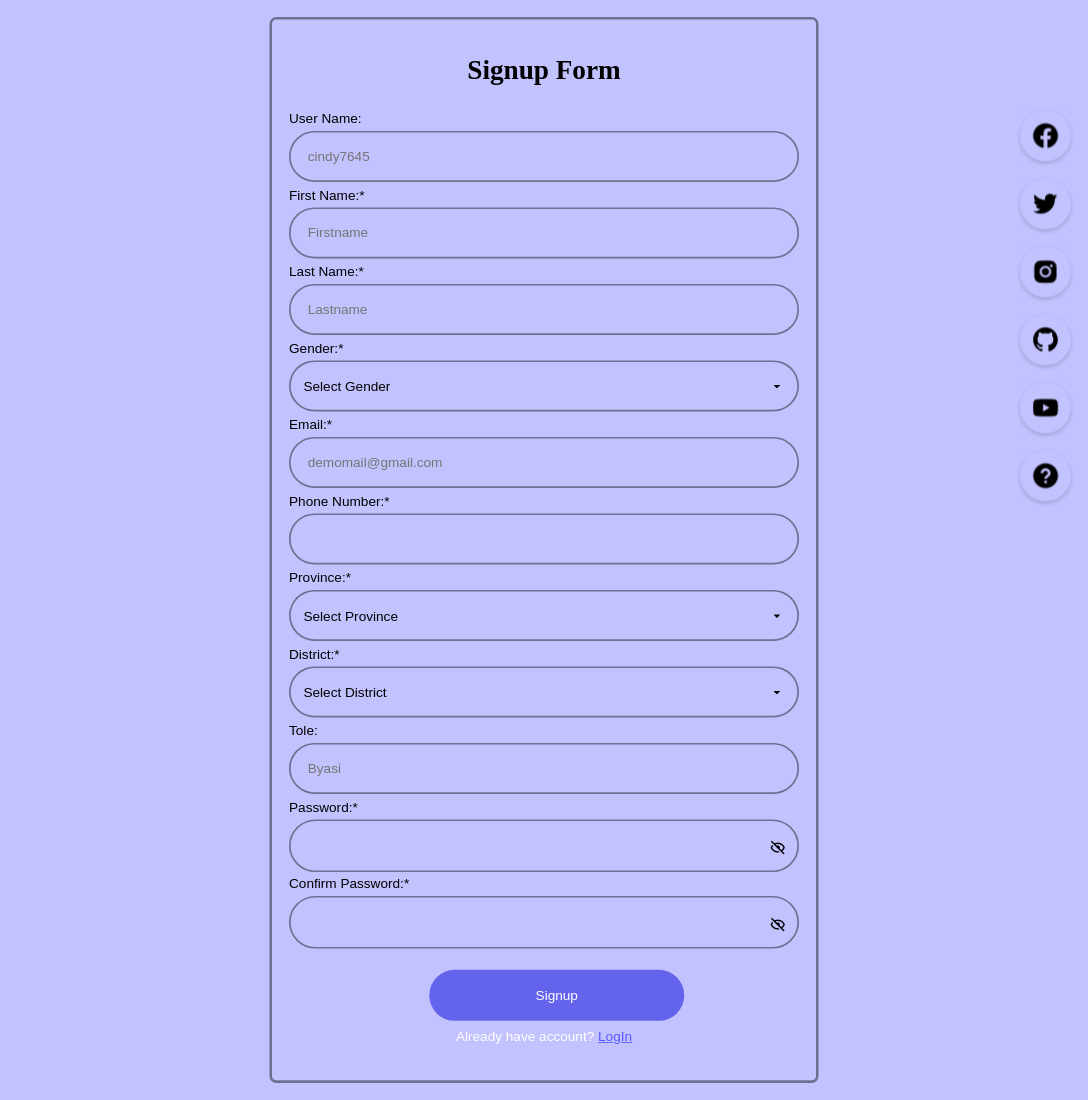
Repository: cindrellakoju/Animestore
Page: html css/signup.html
The author's editor kept a copy of each file at every save. The page is drawn from the files as they stood at one save, then again after the next save.
The browser window is 1280 px wide. The pictures show the whole page, at 85% of full size.

Above is the page before, as saved 2024-04-07 01:37:06.

### html css/signup.html
<!DOCTYPE html>
<html lang="en">
<head>
  <meta charset="UTF-8">
  <meta name="viewport" content="width=device-width, initial-scale=1.0">
  <title>Signup Page</title>
  <link href='https://unpkg.com/boxicons@2.1.4/css/boxicons.min.css' rel='stylesheet'>
  <link rel="stylesheet" href="signup.css">
</head>
<body>
  <div class="container">
    <h1>Signup Form</h1>
    <form>
      <div class="signupform">
        <label for="username">User Name:</label>
        <input type="text" id="username" name="username" placeholder="cindy7645">
      </div>
      <div class="signupform">
        <label for="firstname">First Name:<span class="required">*</span></label>
        <input type="text" id="firstname" name="firstname" placeholder="Firstname">
      </div>
      <div class="signupform">
        <label for="lastname">Last Name:<span class="required">*</span></label>
        <input type="text" id="lastname" name="lastname" placeholder="Lastname" required>
      </div>
      <div class="signupform">
        <label for="gender">Gender:<span class="required">*</span></label>
        <div class="custom-select">
            <select id="gender" name="gender" required>
                <option value="">Select Gender</option>
                <option value="male">Male</option>
                <option value="female">Female</option>
                <option value="other">Other</option>
            </select>
        </div>
    </div>

      <div class="signupform">
        <label for="email">Email:<span class="required">*</span></label>
        <input type="email" id="email" name="email" placeholder="demomail@gmail.com" required>
      </div>
      <div class="signupform">
        <label for="phone">Phone Number:<span class="required">*</span></label>
        <input type="text" id="phone" name="phone" required>
      </div>
      <div class="signupform">
        <label for="province">Province:<span class="required">*</span></label>
        <div class="custom-select">
          <select id="province" name="province" onchange="populateDistricts()" required>
            <option value="">Select Province</option>
            <option value="1">Province 1</option>
            <option value="2">Province 2</option>
            <option value="3">Bagmati Province</option>
            <option value="4">Gandaki Province</option>
            <option value="5">Lumbini Province</option>
            <option value="6">Karnali Province</option>
            <option value="7">Sudurpashchim Province</option>
          </select>
        </div>
      </div>
      <div class="signupform">
        <label for="district">District:<span class="required">*</span></label>
        <div class="custom-select">
            <select id="district" name="district" required>
                <option value="">Select District</option>
            </select>
        </div>
      </div>

      <div class="signupform">
        <label for="tole">Tole:</label>
        <input type="text" id="tole" name="tole" placeholder="Byasi" required>
      </div>
      <div class="signupform">
        <label for="password">Password:<span class="required">*</span></label>
        <div class="password-input-container">
            <input type="password" spellcheck="false" id="password" name="password" required>
            <i class='bx bx-hide toggle' id="passwordToggle"></i>
        </div>
    </div>

    <div class="signupform">
        <label for="confirmpassword">Confirm Password:<span class="required">*</span></label>
        <div class="password-input-container">
            <input type="password" spellcheck="false" id="confirmpassword" name="confirmpassword" required>
            <i class='bx bx-hide toggle' id="confirmPasswordToggle"></i>
        </div>
    </div>

      <div class="signupform">
        <button type="submit">Signup</button>
      </div>
    <h4>Already have account?  <a href="login.html">LogIn</a></h4>
    </form>
  </div>

  <!-- Vertical Icon Box -->
  <div class="iconbox">
    <div class="icon-facebook">
      <div class="tooltip">Facebook</div>
      <span><i class='bx bxl-facebook-circle'></i></span>
    </div>
    <div class="icon-twitter">
      <div class="tooltip">Twitter</div>
      <span><i class='bx bxl-twitter'></i></span>
    </div>
    <div class="icon-instagram">
      <div class="tooltip">Instagram</div>
      <span><i class='bx bxl-instagram-alt'></i></span>
    </div>
    <div class="icon-github">
      <div class="tooltip">Github</div>
      <span><i class='bx bxl-github'></i></span>
    </div>
    <div class="icon-youtube">
      <div class="tooltip">Youtube</div>
      <span><i class='bx bxl-youtube' ></i></span>
    </div>
    <div class="icon-help">
      <div class="tooltip">Help</div>
      <span><i class='bx bxs-help-circle' ></i></span>
    </div>
  </div>

  <script>
    function populateDistricts() {
      var provinceSelect = document.getElementById("province");
      var districtSelect = document.getElementById("district");

      // Clear existing options
      districtSelect.innerHTML = "";

      // Add default option
      var defaultOption = document.createElement("option");
      defaultOption.text = "Select District";
      districtSelect.add(defaultOption);

      // Get selected province
      var selectedProvince = provinceSelect.value;

      // Add districts based on selected province
      switch (selectedProvince) {
        case "1":
          addDistrict("Bhojpur");
          addDistrict("Dhankuta");
          addDistrict("Ilam");
          addDistrict("Jhapa");
          addDistrict("Khotang");
          break;
        case "2":
          addDistrict("Saptari");
          addDistrict("Siraha");
          addDistrict("Dhanusha");
          addDistrict("Mahottari");
          addDistrict("Sarlahi");
          break;
        case "3":
          addDistrict("Kathmandu");
          addDistrict("Lalitpur");
          addDistrict("Bhaktapur");
          addDistrict("Kavrepalanchok");
          addDistrict("Nuwakot");
          break;
        case "4":
          addDistrict("Gorkha");
          addDistrict("Lamjung");
          addDistrict("Tanahun");
          addDistrict("Manang");
          addDistrict("Mustang");
          break;
        case "5":
          addDistrict("Rupandehi");
          addDistrict("Kapilvastu");
          addDistrict("Nawalparasi");
          addDistrict("Arghakhanchi");
          addDistrict("Gulmi");
          break;
        case "6":
          addDistrict("Jumla");
          addDistrict("Kalikot");
          addDistrict("Surkhet");
          addDistrict("Dailekh");
          addDistrict("Jajarkot");
          break;
        case "7":
          addDistrict("Kailali");
          addDistrict("Kanchanpur");
          addDistrict("Dadeldhura");
          addDistrict("Darchula");
          addDistrict("Baitadi");
          break;
        default:
          break;
      }
    }

    function addDistrict(districtName) {
      var districtSelect = document.getElementById("district");
      var option = document.createElement("option");
      option.text = districtName;
      districtSelect.add(option);
    }

    document.addEventListener("DOMContentLoaded", function() {
    const passwordToggle = document.getElementById("passwordToggle");
    const confirmPasswordToggle = document.getElementById("confirmPasswordToggle");
    const passwordInput = document.getElementById("password");
    const confirmPasswordInput = document.getElementById("confirmpassword");

    passwordToggle.addEventListener("click", () => {
        if (passwordInput.type === "password") {
            passwordInput.type = "text";
            passwordToggle.classList.replace("bx-hide", "bx-show");
        } else {
            passwordInput.type = "password";
            passwordToggle.classList.replace("bx-show", "bx-hide");
        }
    });

    confirmPasswordToggle.addEventListener("click", () => {
        if (confirmPasswordInput.type === "password") {
            confirmPasswordInput.type = "text";
            confirmPasswordToggle.classList.replace("bx-hide", "bx-show");
        } else {
            confirmPasswordInput.type = "password";
            confirmPasswordToggle.classList.replace("bx-show", "bx-hide");
        }
      });
    });


  </script>
</body>
</html>

### html css/signup.css
/* General Styles */
body {
    font-family: Arial, sans-serif;
    margin: 0;
    padding: 20px;
    /* background-color: #f4f4f4; */
    min-height: 100vh;
    background-color: rgb(194, 194, 255);
  }

  .container {
    max-width: 600px;
    margin: 0 auto;
    /* background: #fff; */
    padding: 20px;
    border-radius: 8px;
    /* box-shadow: 0 2px 5px rgba(0, 0, 0, 0.1); */
    border: 3px solid rgba(0, 0, 0, 0.422) ;
  }

  h1 {
    font-size: 36;
    text-align: center;
    font-family: 'Times New Roman', Times, serif;
  }

  .signupform {
  position: relative;
  width: 100%;
  height: 60px;
  margin: 30px 0;
  justify-content: center;
  }

  label {
    display: block;
    margin-bottom: 5px;
    position: relative;
  }
  .label-text {
      display: inline-block;
  }

  .label-text .required {
  color: red;
  font-weight: bold;
  margin-left: 5px;
  }

  input[type="text"],
  input[type="email"],
  select,
  input[type="password"] {
  width: 100%;
  padding: 20px 45px 20px 20px;
  height: 100%;
  border: none;
  outline: none;
  background: transparent ;
  border: 2px solid rgba(0, 0, 0, 0.422);
  font-size: 16px;
  border-radius: 40px;
  box-sizing: border-box;
  }
  /* Dark border and label color on hover */
  .signupform input:hover,
  .signupform input:focus {
  border-color: #333; /* Dark border color on hover and focus */
  }

  /* Default styling for select box */
  .custom-select {
    position: relative;
    width: 100%;
    height: 100%;
  }

  .custom-select select {
    appearance: none; /* Remove default arrow in Firefox */
    -webkit-appearance: none; /* Remove default arrow in WebKit/Blink */
    -moz-appearance: none; /* Remove default arrow in older Firefox */
    padding: 15px; /* Adjust as needed */
    border: 2px solid rgba(0, 0, 0, 0.422);
    border-radius: 40px;
    background-color: transparent;
    cursor: pointer;
    width: 100%;
    font-size: 16px;
    box-sizing: border-box;
    outline: none; /* Remove focus outline */
    /* Use a custom arrow as background */
    background-image: url('data:[embedded picture, 163 characters]');
    background-repeat: no-repeat;
    background-position: calc(100% - 20px) center; /* Move arrow to the right */
    padding-right: 25px; /* Space for arrow */
  }

  /* Hover effect for custom arrow */
  .custom-select:hover select {
    border-color: #333; /* Change border color on hover */
  }

  /* Additional styles for select box */
  .custom-select select:focus {
    border-color: #333; /* Change border color on focus */
  }

  .custom-select select:disabled {
    opacity: 0.5; /* Dim select box when disabled */
    pointer-events: none;
  }

  .password-input-container {
    position: relative;
  }


  .password-input-container i{
    position: absolute;
    top: 295%;
    right: 5px;
    left: 15px;
    transform: translateY(-50%);
    cursor: pointer;
    font-size: 20px;
    margin-left: 550px;
    margin-top: -150px;
  }

  button[type="submit"] {
    background-color: rgba(55, 55, 228, 0.678);
    color: white;
    width: 50%;
    height: 100%;
    padding: 10px 20px;
    border: none;
    border-radius: 40px;
    cursor: pointer;
    font-size: 16px;
    margin-top: 20px;
    margin-left: 165px;
  }

  button[type="submit"]:hover {
    background-color: rgb(33, 33, 232);
    text-decoration: underline;
  }

  h4{
    color: white;
    font-weight: 500;
    text-align: center;
    margin-top: 20px;
    /* margin-left: 185px; */
  }

  h4 a{
    color: rgb(88, 88, 255);
  }

  h4 a:hover{
    color: rgb(35, 35, 251);
  }
  /* Icon ko milako */
  .icon-box {
    display: flex;
    flex-direction: column;
  }

  /* Tooltip */
  .tooltip {
    position: absolute;
    top: 50%;
    right: calc(100% + 10px);
    transform: translateY(-50%);
    background-color: #333;
    color: white;
    padding: 5px 10px;
    border-radius: 5px;
    opacity: 0;
    transition: opacity 0.3s ease;
    pointer-events: none;
  }

  /* Icon Styles */
  .iconbox {
    position: fixed;
    top: 50%;
    right: 20px;
    transform: translateY(-50%);
    display: flex;
    flex-direction: column;
    gap: 20px;
  }

  .iconbox .icon-facebook,
  .iconbox .icon-twitter,
  .iconbox .icon-instagram,
  .iconbox .icon-github,
  .iconbox .icon-youtube,
  .iconbox .icon-help {
    text-align: center;
    backdrop-filter: blur(10px);
    /* margin-top: 10px;\ */
    /* position: relative; */
    cursor: pointer;
  }

  .iconbox .icon-facebook span,
  .iconbox .icon-twitter span,
  .iconbox .icon-instagram span,
  .iconbox .icon-github span,
  .iconbox .icon-youtube span,
  .iconbox .icon-help span {
    display: block;
    height: 60px;
    width: 60px;
    line-height: 50px;
    border-radius: 50%;
    /* background-color: rgba(255, 255, 255, 0.9); */
    box-shadow: 0 2px 5px rgba(0, 0, 0, 0.2);
    transition: background-color 0.3s ease;
  }

  .iconbox .icon-facebook span i,
  .iconbox .icon-twitter span i,
  .iconbox .icon-instagram span i,
  .iconbox .icon-github span i,
  .iconbox .icon-youtube span i,
  .iconbox .icon-help span i {
    line-height: 60px;
    font-size: 35px;
  }

  .iconbox .icon-facebook:hover span,
  .iconbox .icon-twitter:hover span,
  .iconbox .icon-instagram:hover span,
  .iconbox .icon-github:hover span,
  .iconbox .icon-youtube:hover span,
  .iconbox .icon-help:hover span {
    background-color: #3B5999;
  }

  .iconbox .icon-facebook .tooltip,
  .iconbox .icon-twitter .tooltip,
  .iconbox .icon-instagram .tooltip,
  .iconbox .icon-github .tooltip,
  .iconbox .icon-youtube .tooltip,
  .iconbox .icon-help .tooltip{
    color: white;
    padding: 6px 14px;
    font-size: 20px;
    border-radius: 20px;
    opacity: 0;
    box-shadow: #0000002b 0px -23px 25px 0px inset,
                #0000001a 0px -79px 40px 0px inset,
                #0000006b 0px 10px 20px;
    transition: 0.4s cubic-bezier(0.68, -0.55, -0.265, 1.55);
  }


  .iconbox .icon-facebook:hover .tooltip,
  .iconbox .icon-twitter:hover .tooltip,
  .iconbox .icon-instagram:hover .tooltip,
  .iconbox .icon-github:hover .tooltip,
  .iconbox .icon-youtube:hover .tooltip,
  .iconbox .icon-help:hover .tooltip {
    opacity: 1;
    z-index: 1;
  }

  .iconbox .icon-facebook:hover span,
  .iconbox .icon-facebook:hover .tooltip{
    text-shadow: 0px -1px 0px #00000066;
    background-color: #3B5999;
  }

  .iconbox .icon-instagram:hover span,
  .iconbox .icon-instagram:hover .tooltip{
    text-shadow: 0px -1px 0px #00000066;
    background: -webkit-linear-gradient(bottom right, #ffc54e 0%,#fc0538 50%,#6650f5 100%);
  }
  .iconbox .icon-twitter:hover span,
  .iconbox .icon-twitter:hover .tooltip{
    text-shadow: 0px -1px 0px #00000066;
    background-color: #83d3f5;
  }
  .iconbox .icon-youtube:hover span,
  .iconbox .icon-youtube:hover .tooltip{
    text-shadow: 0px -1px 0px #00000066;
    background-color: #e81e46;
  }
  .iconbox .icon-help:hover span,
  .iconbox .icon-help:hover .tooltip{
    text-shadow: 0px -1px 0px #00000066;
    background-color: rgb(37, 37, 211);
  }
  .iconbox .icon-github:hover span,
  .iconbox .icon-github:hover .tooltip{
    text-shadow: 0px -1px 0px #00000066;
    background-color: #333;
  }

  /* Prevent background color change on autofill */
  input:-webkit-autofill {
    -webkit-box-shadow: 0 0 0 1000px #C2C2FF inset;
  }

After the next save:
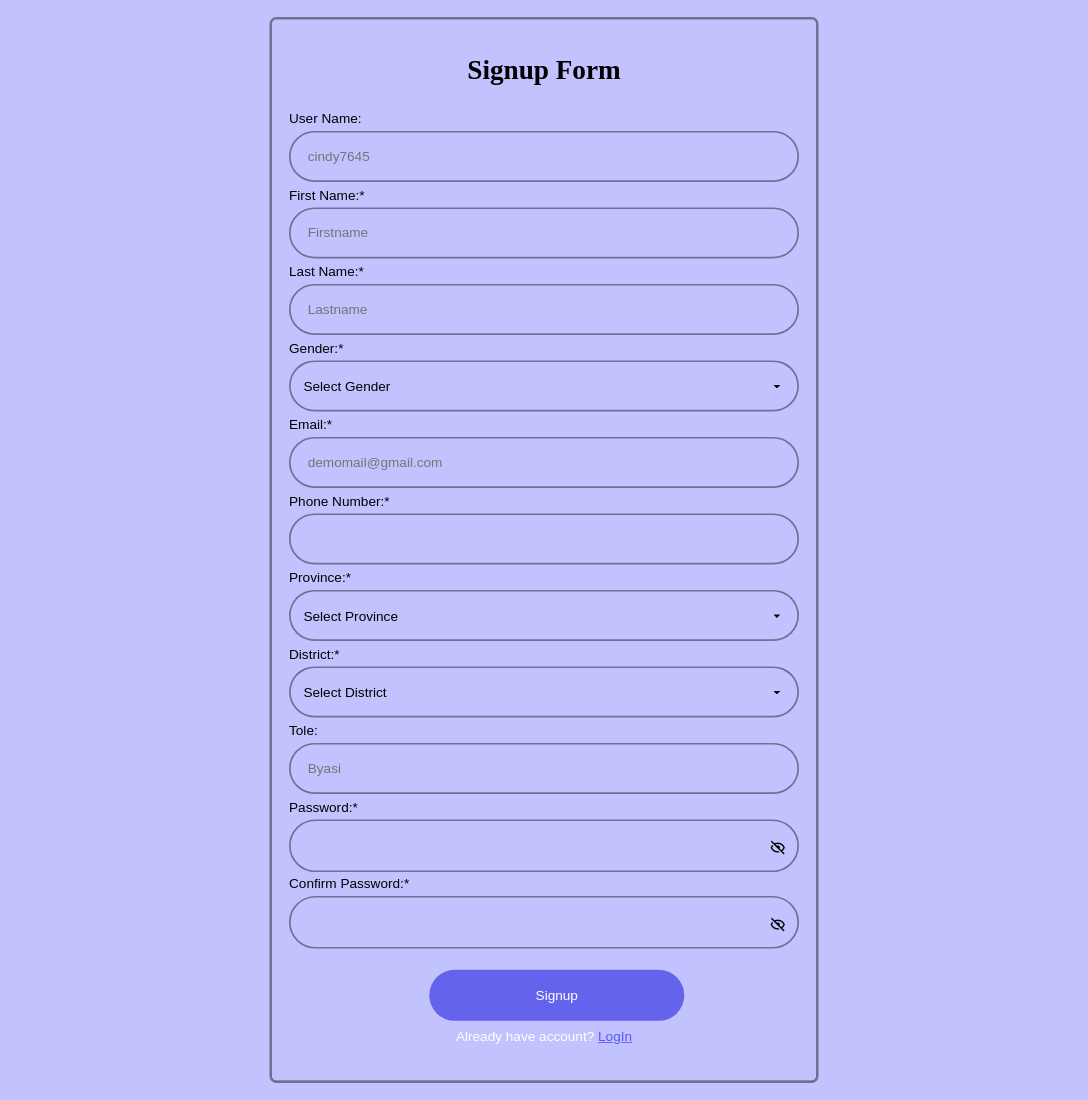
Saved 13 s later.
--- a/html css/signup.html
+++ b/html css/signup.html
@@ -93,35 +93,6 @@
     <h4>Already have account?  <a href="login.html">LogIn</a></h4>
     </form>
   </div>
-
-  <!-- Vertical Icon Box -->
-  <div class="iconbox">
-    <div class="icon-facebook">
-      <div class="tooltip">Facebook</div>
-      <span><i class='bx bxl-facebook-circle'></i></span>
-    </div>
-    <div class="icon-twitter">
-      <div class="tooltip">Twitter</div>
-      <span><i class='bx bxl-twitter'></i></span>
-    </div>
-    <div class="icon-instagram">
-      <div class="tooltip">Instagram</div>
-      <span><i class='bx bxl-instagram-alt'></i></span>
-    </div>
-    <div class="icon-github">
-      <div class="tooltip">Github</div>
-      <span><i class='bx bxl-github'></i></span>
-    </div>
-    <div class="icon-youtube">
-      <div class="tooltip">Youtube</div>
-      <span><i class='bx bxl-youtube' ></i></span>
-    </div>
-    <div class="icon-help">
-      <div class="tooltip">Help</div>
-      <span><i class='bx bxs-help-circle' ></i></span>
-    </div>
-  </div>
-
   <script>
     function populateDistricts() {
       var provinceSelect = document.getElementById("province");
